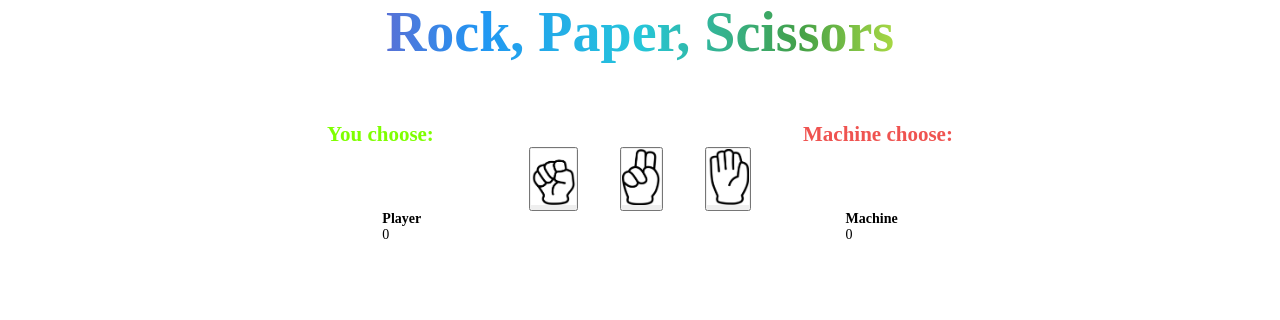
Repository: dung8466/RPS
Page: index.html
The author's editor kept a copy of each file at every save. The page is drawn from the files as they stood at one save, then again after the next save.
The browser window is 1280 px wide. The pictures show the whole page.

Above is the page before, as saved 2022-07-01 19:31:28.

### index.html
<!DOCTYPE html>
<html lang="en">
<head>
    <meta charset="UTF-8">
    <meta http-equiv="X-UA-Compatible" content="IE=edge">
    <meta name="viewport" content="width=device-width, initial-scale=1.0">
    <title>Fun Game</title>
    <link rel="stylesheet" href="style.css">
    <script src="script.js"></script>
</head>
<body>
    <h1 class="header">
        Rock, Paper, Scissors
    </h1>
    <div class="choice flex-box">
        <div class="player-choice">
            <img src="" alt="" id="player-choice">
             <p>You choose:</p>
            <p class="player-choice"></p>
        </div>
        <div class="machine-choice">
            <img src="" alt="" id="machine-choice">
            <p>Machine choose:</p>
            <p class="machine-choice"></p>
        </div>
    </div>
    <div class="board flex-box">
        <div class="player flex-box">
            <button class="rock">
                <img src="src/rock.jpg" alt="">
            </button>
            <button class="scissor">
                <img src="src/scissor.jpg" alt="">
            </button>
            <button class="paper">
                <img src="src/paper.jpg" alt="">
            </button>
        </div>
    </div>
    <div class="score flex-box">
        <div class="player-score">
            <h2>Player</h2>
            <p>0</p>
        </div>
        <div class="machine-score">
            <h2>Machine</h2>
            <p>0</p>
        </div>
    </div>
</body>
</html>

### style.css
*{
    font-family: 'Times New Roman', Times, serif;
    font-size: 14px;
    margin: 0;
    padding: 0;
}

.flex-box{
    display: flex;
    align-items: center;
    justify-content: space-evenly;
    align-content: space-between;
    gap: 3em;
}

img{
    max-width: 100%;
    max-height: 100%;
}

.choice{
    margin-top: 3em;
}
.player-choice p{
    font-size: 1.5em;
    font-weight: bold;
    color: chartreuse;
}
.machine-choice p{
    font-size: 1.5em;
    font-weight: bold;
    color: #ef5350;
}
.player-choice img, .machine-choice img{
    height: 4em;
    width: auto;
    background-color: aliceblue;
}
.header{
    font-size: 4em;
    font-weight: bold;
    background: linear-gradient(to right, #ef5350, #f48fb1, #7e57c2, #2196f3, #26c6da, #43a047, #eeff41, #f9a825, #ff5722);
    -webkit-background-clip: text;
    -webkit-text-fill-color: transparent;
    text-align: center;
}

.player button img{
    height: 4em;
    width: auto;
    background-color: aliceblue;

}

Loaded but not shown: script.js (no copy from this time; the picture is the same without it)

After the next save:
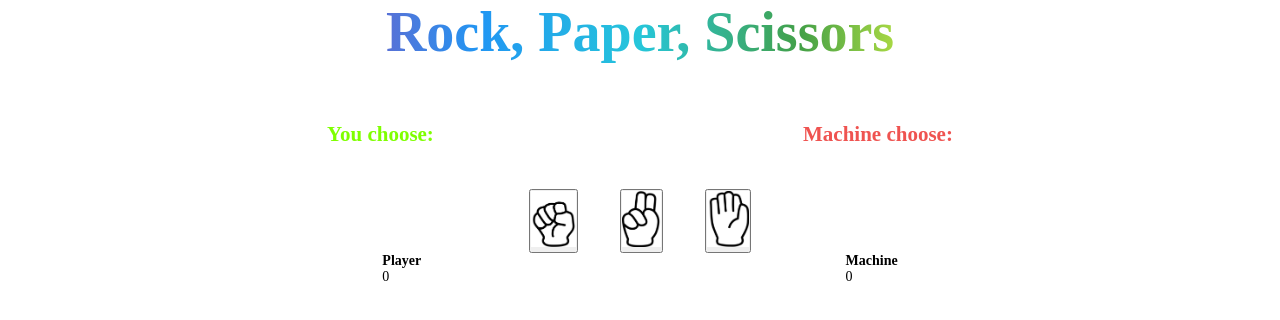
Saved 12 s later.
--- a/style.css
+++ b/style.css
@@ -20,6 +20,7 @@ img{
 
 .choice{
     margin-top: 3em;
+    margin-bottom: 3em;
 }
 .player-choice p{
     font-size: 1.5em;
